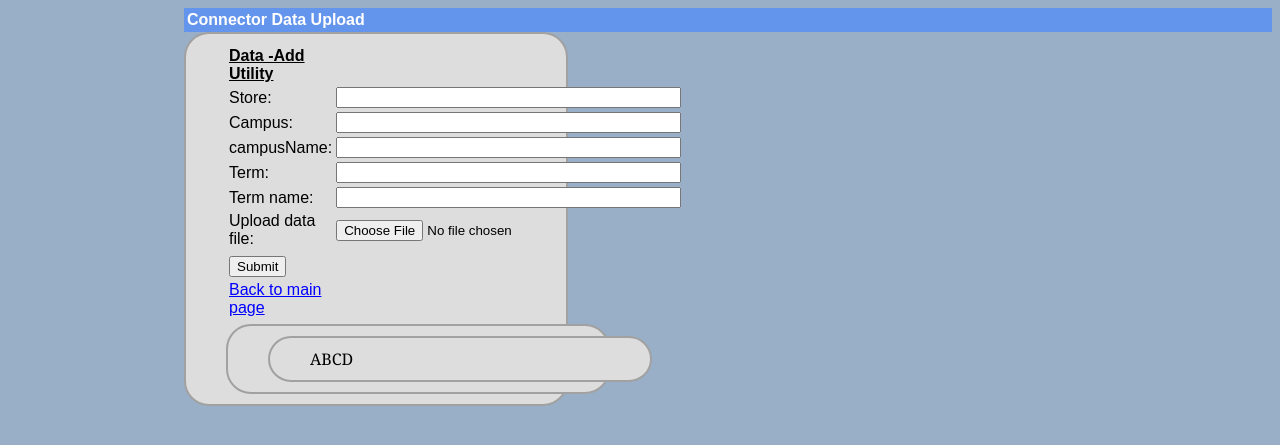
Repository: caditya/Dataupload
Page: http://localhost/connectordata/WEB-INF/views/datainput.jsp
An editor plug-in stored every save of this project. The page is shown before and after the next save, followed by the edit.
The browser window is 1280 px wide. The pictures show the whole page.
Some web libraries are served in a nearby version. The page is served by Tomcat 9. Nobody is signed in. The template is opened directly, without the code that normally fills it, so the values that code supplies are empty.

Above is the page before, as saved 2014-07-21 19:42:01.

After the next save:
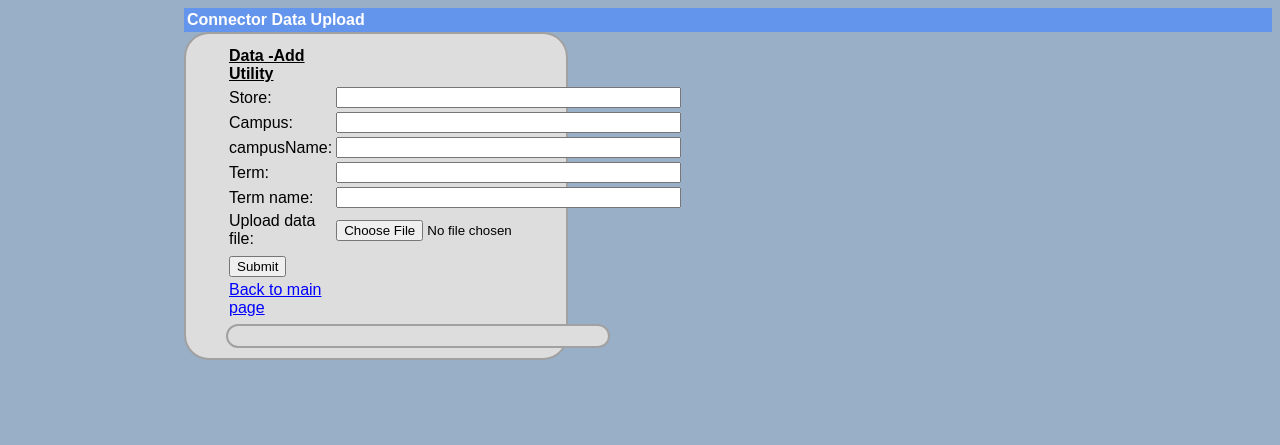
Saved 10 s later.
--- a/QAFileUpload/connectordata/src/main/webapp/WEB-INF/views/datainput.jsp
+++ b/QAFileUpload/connectordata/src/main/webapp/WEB-INF/views/datainput.jsp
@@ -138,9 +138,7 @@ function createstart(){
 	<div>
 	</form:form>
 
-	<div >
-	ABCD
-	</div>
+
 
 </body>
 </html>
